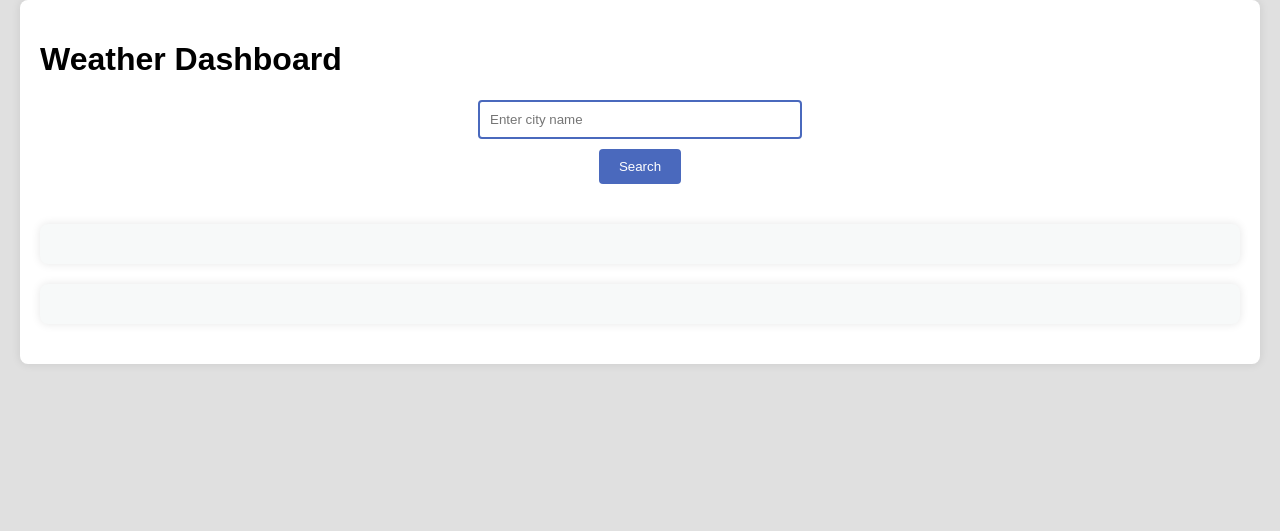
Repository: PaigeC001/WeatherOutlookTracker
Page: WeatherOutlookTracker/index.html
These files come from the project's save history. The page is drawn as it stood at one moment and after the next save; the edit follows.
The browser window is 1280 px wide. The pictures show the whole page.

Above is the page before, as saved 2024-07-16 04:17:49.

### WeatherOutlookTracker/index.html
<!DOCTYPE html>
<html lang="en">
<head>
    <meta charset="UTF-8">
    <meta name="viewport" content="width=device-width, initial-scale=1.0">
    <title>Weather Dashboard</title>
    <link rel="stylesheet" href="styles.css">
</head>
<body>
    <div class="container">
        <h1>Weather Dashboard</h1>
    </header>
    </main>
        <div class="search-section">
            <input type="text" id="city-input" placeholder="Enter city name">
            <button id="search-button">Search</button>
        </div>
        <div class="search-history" id="search-history"></div>
        <div class="current-weather" id="current-weather"></div>
        <div class="forecast" id="forecast"></div>
    </div>
    <script src="script.js"></script>
</body>
</html>

### WeatherOutlookTracker/styles.css
body {
    font-family: Arial, sans-serif;
    background: #e0e0e0;
    margin: 0;
    padding: 0;
    box-sizing: border-box;
}

.container {
    max-width: 1200px;
    margin: 0 auto;
    padding: 20px;
    background: white;
    border-radius: 8px; /* Added border-radius */
    box-shadow: 0 0 10px rgba(0, 0, 0, 0.1);
}

header { /* Updated color scheme */
    text-align: center;
    background: #4a69bd;
    color: white;
    padding: 20px;
    border-radius: 8px 8px 0 0;
}

.search-section {
    display: flex;
    flex-direction: column;
    align-items: center;
    margin: 20px 0;
}

#city-input {
    width: 300px;
    padding: 10px;
    margin-bottom: 10px;
    border: 2px solid #4a69bd;
    border-radius: 4px; /* Added border-radius */
}

#search-button {
    padding: 10px 20px;
    background: #4a69bd;
    color: white;
    border: none;
    border-radius: 4px; /* Added border-radius */
    cursor: pointer;
}

#search-button:hover {
    background: #3b55a0;
}

.search-history {
    display: flex;
    flex-direction: column;
    align-items: center;
    margin-top: 20px;
}

.search-history button {
    width: 300px;
    padding: 10px;
    margin: 5px 0;
    background: #82ccdd;
    color: white;
    border: none;
    border-radius: 4px; /* Added border-radius */
    cursor: pointer;
}

.search-history button:hover {
    background: #60a3bc;
}

.current-weather, .forecast {
    margin: 20px 0;
    padding: 20px;
    background: #f7f9f9;
    border-radius: 8px; /* Added border-radius */
    box-shadow: 0 0 10px rgba(0, 0, 0, 0.1);
}

.current-weather h2 {
    margin: 0;
    padding-bottom: 10px;
    border-bottom: 2px solid #4a69bd;
}

.current-weather img {
    vertical-align: middle;
}

.forecast h2 {
    text-align: center;
    margin-bottom: 20px;
}

.forecast-items {
    display: flex;
    justify-content: space-between; /* Centered text and aligned forecast items in a flex container */
}

.forecast-item {
    flex: 1;
    padding: 10px;
    margin: 0 10px;
    background: #ffffff;
    border-radius: 8px; /* Added border-radius */
    text-align: center;
    box-shadow: 0 0 5px rgba(0, 0, 0, 0.1);
}

.forecast-item img {
    vertical-align: middle;
}

### WeatherOutlookTracker/script.js
const apiKey = 'fe4d8bc132a06db690ae7d80bd8988ae';
const searchButton = document.getElementById('search-button');
const cityInput = document.getElementById('city-input');
const currentWeather = document.getElementById('current-weather');
const forecastItems = document.getElementById('forecast-items');
const searchHistory = document.getElementById('search-history');

let cities = [];

searchButton.addEventListener('click', () => {
    const city = cityInput.value.trim();
    if (city && !cities.includes(city)) {
        cities.push(city);
        updateSearchHistory();
        getWeather(city);
    }
});

searchHistory.addEventListener('click', (event) => {
    if (event.target.tagName === 'BUTTON') {
        const city = event.target.textContent;
        getWeather(city);
    }
});

function updateSearchHistory() {
    searchHistory.innerHTML = '';
    cities.forEach(city => {
        const button = document.createElement('button');
        button.textContent = city;
        searchHistory.appendChild(button);
    });
}

function getWeather(city) {
    fetch(`https://api.openweathermap.org/data/2.5/weather?q=${city}&appid=${apiKey}&units=imperial`) /* Updated API call URLs to use imperial units for Fahrenheit */
        .then(response => response.json())
        .then(data => {
            displayCurrentWeather(data);
            return fetch(`https://api.openweathermap.org/data/2.5/forecast?q=${city}&appid=${apiKey}&units=imperial`); /* Updated API call URLs to use imperial units for Fahrenheit */
        })
        .then(response => response.json())
        .then(data => {
            displayForecast(data);
        })
        .catch(error => {
            console.error('Error fetching weather data:', error);
        });
}

function displayCurrentWeather(data) {
    const { name, dt, weather, main, wind } = data;
    currentWeather.innerHTML = `
        <h2>${name} (${new Date(dt * 1000).toLocaleDateString()}) <img src="https://openweathermap.org/img/wn/${weather[0].icon}.png" alt="${weather[0].description}"></h2> /* Enhanced the layout and structure of displayed weather data */
        <p>Temp: ${main.temp} °F</p>
        <p>Wind: ${wind.speed} MPH</p>
        <p>Humidity: ${main.humidity}%</p>
    `;
}

function displayForecast(data) {
    forecastItems.innerHTML = '';
    const forecastList = data.list.filter((_, index) => index % 8 === 0);
    forecastList.forEach(item => {
        const { dt, weather, main, wind } = item;
        const forecastItem = document.createElement('div');
        forecastItem.className = 'forecast-item';
        forecastItem.innerHTML = `
            <p>${new Date(dt * 1000).toLocaleDateString()}</p>
            <img src="https://openweathermap.org/img/wn/${weather[0].icon}.png" alt="${weather[0].description}"> /* Enhanced the layout and structure of displayed weather data */
            <p>Temp: ${main.temp} °F</p>
            <p>Wind: ${wind.speed} MPH</p>
            <p>Humidity: ${main.humidity}%</p>
        `;
        forecastItems.appendChild(forecastItem);
    });
}

After the next save:
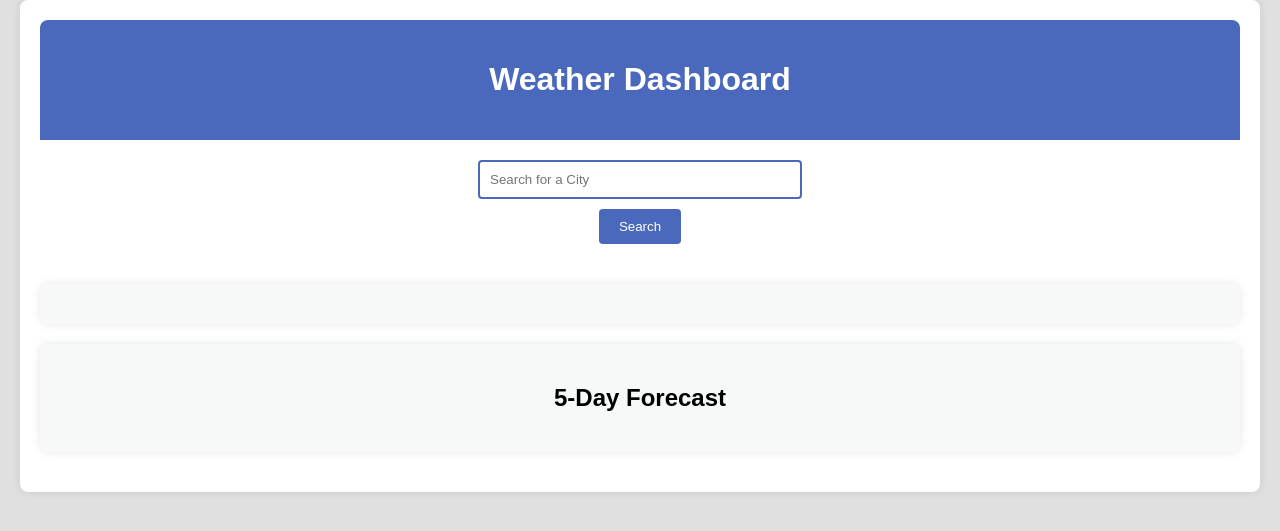
Saved 4 min 3 s later.
--- a/WeatherOutlookTracker/index.html
+++ b/WeatherOutlookTracker/index.html
@@ -8,16 +8,23 @@
 </head>
 <body>
     <div class="container">
-        <h1>Weather Dashboard</h1>
-    </header>
-    </main>
-        <div class="search-section">
-            <input type="text" id="city-input" placeholder="Enter city name">
-            <button id="search-button">Search</button>
-        </div>
-        <div class="search-history" id="search-history"></div>
-        <div class="current-weather" id="current-weather"></div>
-        <div class="forecast" id="forecast"></div>
+        <!-- Added header section -->
+        <header>
+            <h1>Weather Dashboard</h1>
+        </header>
+        <main>
+            <section class="search-section">
+                <input type="text" id="city-input" placeholder="Search for a City">
+                <button id="search-button">Search</button>
+                <div id="search-history" class="search-history"></div>
+            </section>
+            <!-- Used sections with IDs for current weather and forecast -->
+            <section id="current-weather" class="current-weather"></section>
+            <section id="forecast" class="forecast">
+                <h2>5-Day Forecast</h2>
+                <div id="forecast-items" class="forecast-items"></div>
+            </section>
+        </main>
     </div>
     <script src="script.js"></script>
 </body>
